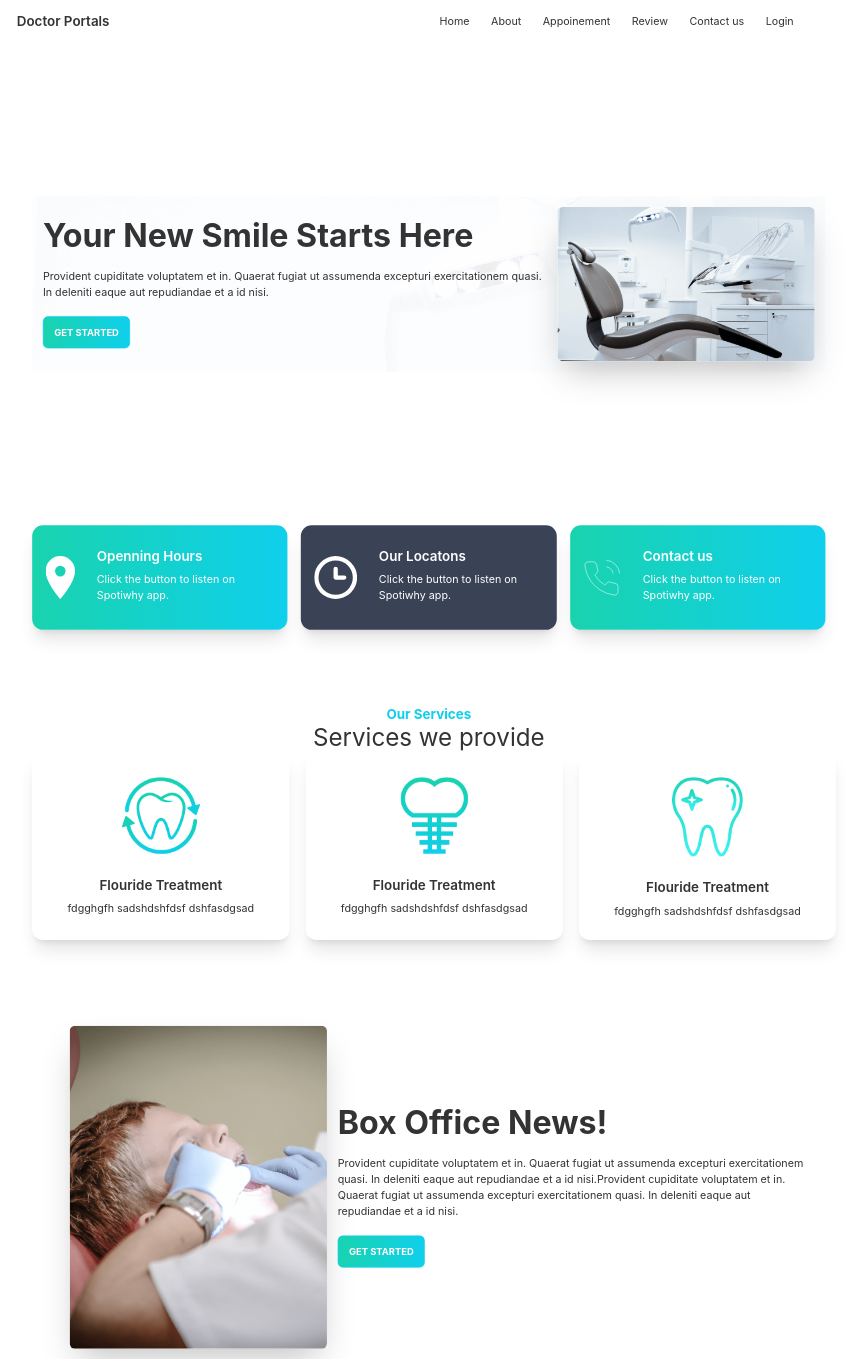
Repository: devsajid/doctors-portal-client
Page: /
An editor plug-in stored every save of this project. The page is shown before and after the next save, followed by the edit.
The browser window is 1280 px wide. The pictures show the whole page, at 67% of full size.
Backgrounds fixed to the window are drawn as part of the page. The project was rebuilt for these pictures with package versions that can differ from the ones it lists, and the page was loaded fresh each time. Also part of the build but not shown: src/App.css, src/Pages/About/About.js, src/Pages/Appoinment/Appoinment.js, src/Pages/Contact/Contact.js, src/Pages/Login/Login.js, src/Pages/Review/Review.js.

Above is the page before, as saved 2022-08-05 22:47:43.

### src/index.js
import React from "react";
import ReactDOM from "react-dom/client";
import "./index.css";
import App from "./App";
import reportWebVitals from "./reportWebVitals";
import { BrowserRouter } from "react-router-dom";
const root = ReactDOM.createRoot(document.getElementById("root"));
root.render(
  <React.StrictMode>
    <BrowserRouter>
      <App />
    </BrowserRouter>
  </React.StrictMode>
);

reportWebVitals();

### src/App.js
import "./App.css";
import Navbar from "./Pages/Home/Share/Navbar/Navbar";
import { Routes, Route } from "react-router-dom";
import Home from "./Pages/Home/Home";
import About from "./Pages/About/About";
import Appoinement from "./Pages/Appoinment/Appoinment";
import Contact from "./Pages/Contact/Contact";
import Login from "./Pages/Login/Login";
import Review from "./Pages/Review/Review";
function App() {
  return (
    <div>
      <Navbar></Navbar>
      <Routes>
        <Route path="/" element={<Home />} />
        <Route path="about" element={<About />} />
        <Route path="appoinement" element={<Appoinement />} />
        <Route path="contact" element={<Contact />} />
        <Route path="login" element={<Login />} />
        <Route path="review" element={<Review />} />
      </Routes>
    </div>
  );
}

export default App;

### src/Pages/Home/Share/Navbar/Navbar.js
import React from "react";
import { Link } from "react-router-dom";

const Navbar = () => {
  const menuItem = (
    <>
      {" "}
      <li>
        <Link to="/">Home</Link>
      </li>
      <li>
        <Link to="about">About</Link>
      </li>
      <li>
        <Link to="appoinement">Appoinement</Link>
      </li>
      <li>
        <Link to="review">Review</Link>
      </li>
      <li>
        <Link to="contact">Contact us</Link>
      </li>
      <li>
        <Link to="login">Login</Link>
      </li>
    </>
  );
  return (
    <div>
      <div class="navbar   bg-base-100">
        <div class="navbar-start">
          <div class="dropdown">
            <label tabindex="0" class="btn btn-ghost lg:hidden">
              <svg
                xmlns="http://www.w3.org/2000/svg"
                class="h-5 w-5"
                fill="none"
                viewBox="0 0 24 24"
                stroke="currentColor"
              >
                <path
                  stroke-linecap="round"
                  stroke-linejoin="round"
                  stroke-width="2"
                  d="M4 6h16M4 12h8m-8 6h16"
                />
              </svg>
            </label>
            <ul
              tabindex="0"
              class="menu menu-compact dropdown-content mt-3 p-2 shadow bg-base-100 rounded-box w-52"
            >
              {menuItem}
            </ul>
          </div>
          <a class="btn btn-ghost normal-case text-xl">Doctor Portals</a>
        </div>
        <div class="navbar-center hidden lg:flex">
          <ul class="menu menu-horizontal p-0">{menuItem}</ul>
        </div>
      </div>
    </div>
  );
};

export default Navbar;

### src/Pages/Home/Home.js
import React from "react";
import Services from "../Services/Services";
import Terms from "../Terms/Terms";
import Banner from "./Banner/Banner";
import Info from "./Info/Info";

const Home = () => {
  return (
    <div className="px-12">
      <Banner></Banner>
      <Info></Info>
      <Services></Services>
      <Terms></Terms>
    </div>
  );
};

export default Home;

### src/Pages/Services/Services.js
import React from "react";
import fluoride from "../../assets/images/fluoride.png";
import cavity from "../../assets/images/cavity.png";
import whitening from "../../assets/images/whitening.png";
import Service from "./Service";
const Services = () => {
  const services = [
    {
      _id: 1,
      name: "Flouride Treatment",
      description: "fdgghgfh sadshdshfdsf dshfasdgsad",
      img: fluoride,
    },
    {
      _id: 2,
      name: "Flouride Treatment",
      description: "fdgghgfh sadshdshfdsf dshfasdgsad",
      img: cavity,
    },
    {
      _id: 3,
      name: "Flouride Treatment",
      description: "fdgghgfh sadshdshfdsf dshfasdgsad",
      img: whitening,
    },
  ];
  return (
    <div className="my-28">
      <div className="text-center">
        <h3 className="text-primary text-xl font-bold upparecase">
          Our Services
        </h3>
        <h1 className="text-4xl">Services we provide</h1>
      </div>
      <div className="grid sm:grid-cols-1 md:grid-cols-2 lg:grid-cols-3 gap-10">
        {" "}
        {services.map((service) => (
          <Service key={service._id} service={service}></Service>
        ))}
      </div>
    </div>
  );
};

export default Services;

### src/Pages/Terms/Terms.js
import React from "react";
import treatment from "../../assets/images/treatment.png";
import PrimaryButton from "../Home/Share/Navbar/PrimaryButton/PrimaryButton";
const Terms = () => {
  return (
    <div class="hero">
      <div class="hero-content pl-30 flex-col lg:flex-row ml-10">
        <img
          src={treatment}
          class="max-w-sm rounded-lg shadow-2xl"
          alt="treatmaent"
        />
        <div>
          <h1 class="text-5xl font-bold">Box Office News!</h1>
          <p class="py-6">
            Provident cupiditate voluptatem et in. Quaerat fugiat ut assumenda
            excepturi exercitationem quasi. In deleniti eaque aut repudiandae et
            a id nisi.Provident cupiditate voluptatem et in. Quaerat fugiat ut
            assumenda excepturi exercitationem quasi. In deleniti eaque aut
            repudiandae et a id nisi.
          </p>
          <PrimaryButton></PrimaryButton>
        </div>
      </div>
    </div>
  );
};

export default Terms;

### src/Pages/Home/Banner/Banner.js
import React from "react";
import chair from "../../../assets/images/chair.png";
import bg from "../../../assets/images/bg.png";
import PrimaryButton from "../Share/Navbar/PrimaryButton/PrimaryButton";
const Banner = () => {
  return (
    <div>
      <div class="hero min-h-screen ">
        <div
          class="hero-content bg-fixed flex-col lg:flex-row-reverse"
          style={{ backgroundImage: `url(${bg})` }}
        >
          <img src={chair} class="max-w-sm rounded-lg shadow-2xl" />
          <div>
            <h1 class="text-5xl font-bold">Your New Smile Starts Here</h1>
            <p class="py-6">
              Provident cupiditate voluptatem et in. Quaerat fugiat ut assumenda
              excepturi exercitationem quasi. In deleniti eaque aut repudiandae
              et a id nisi.
            </p>
            <PrimaryButton></PrimaryButton>
          </div>
        </div>
      </div>
    </div>
  );
};

export default Banner;

### src/Pages/Home/Info/Info.js
import React from "react";
import InfoCard from "../Info/InfoCard";
import clock from "../../../assets/icons/clock.svg";
import marker from "../../../assets/icons/marker.svg";
import phone from "../../../assets/icons/phone.svg";
const Info = () => {
  return (
    <div className="grid grid-cols-1 lg:grid-cols-3 gap-5 ">
      <InfoCard
        cardTitle="Openning Hours"
        bgClass="bg-gradient-to-r from-secondary to-primary"
        img={marker}
      ></InfoCard>
      <InfoCard
        cardTitle="Our Locatons"
        bgClass="bg-accent"
        img={clock}
      ></InfoCard>
      <InfoCard
        cardTitle="Contact us"
        bgClass="bg-gradient-to-r from-secondary to-primary"
        img={phone}
      ></InfoCard>
    </div>
  );
};

export default Info;

### src/Pages/Services/Service.js
import React from "react";

const Service = ({ service }) => {
  return (
    <div class="card lg:max-w-lg w-96 bg-base-100 shadow-xl">
      <figure class="px-10 pt-10">
        <img src={service.img} alt="Shoes" class="rounded-xl" />
      </figure>
      <div class="card-body items-center text-center">
        <h2 class="card-title">{service.name}</h2>
        <p>{service.description}</p>
      </div>
    </div>
  );
};

export default Service;

### src/Pages/Home/Share/Navbar/PrimaryButton/PrimaryButton.js
import React from "react";

const PrimaryButton = () => {
  return (
    <div>
      <button class="btn btn-primary uppercase text-white font-bold bg-gradient-to-r from-secondary to-primary">
        Get Started
      </button>{" "}
    </div>
  );
};

export default PrimaryButton;

### src/Pages/Home/Info/InfoCard.js
import React from "react";

const InfoCard = ({ img, cardTitle, bgClass }) => {
  return (
    <div class={`card lg:card-side shadow-xl ${bgClass}`}>
      <figure className="pl-5">
        <img src={img} alt="Album" />
      </figure>
      <div class="card-body text-white">
        <h2 class="card-title">{cardTitle}</h2>
        <p>Click the button to listen on Spotiwhy app.</p>
        <div class="card-actions justify-end"></div>
      </div>
    </div>
  );
};

export default InfoCard;

### tailwind.config.js
/** @type {import('tailwindcss').Config} */
module.exports = {
  content: ["./src/**/*.{html,js}"],
  theme: {
    extend: {},
  },
  daisyui: {
    themes: [
      {
        doctortheme: {
          primary: "#0fcfec",
          secondary: "#19D3AE",
          accent: "#3A4256",
          neutral: "#3d4451",
          "base-100": "#ffffff",
        },
      },
      "dark",
      "cupcake",
    ],
  },
  plugins: [require("daisyui")],
};

Loaded but not shown: public/index.html (common file); src/index.css (common file); src/reportWebVitals.js (common file)

After the next save:
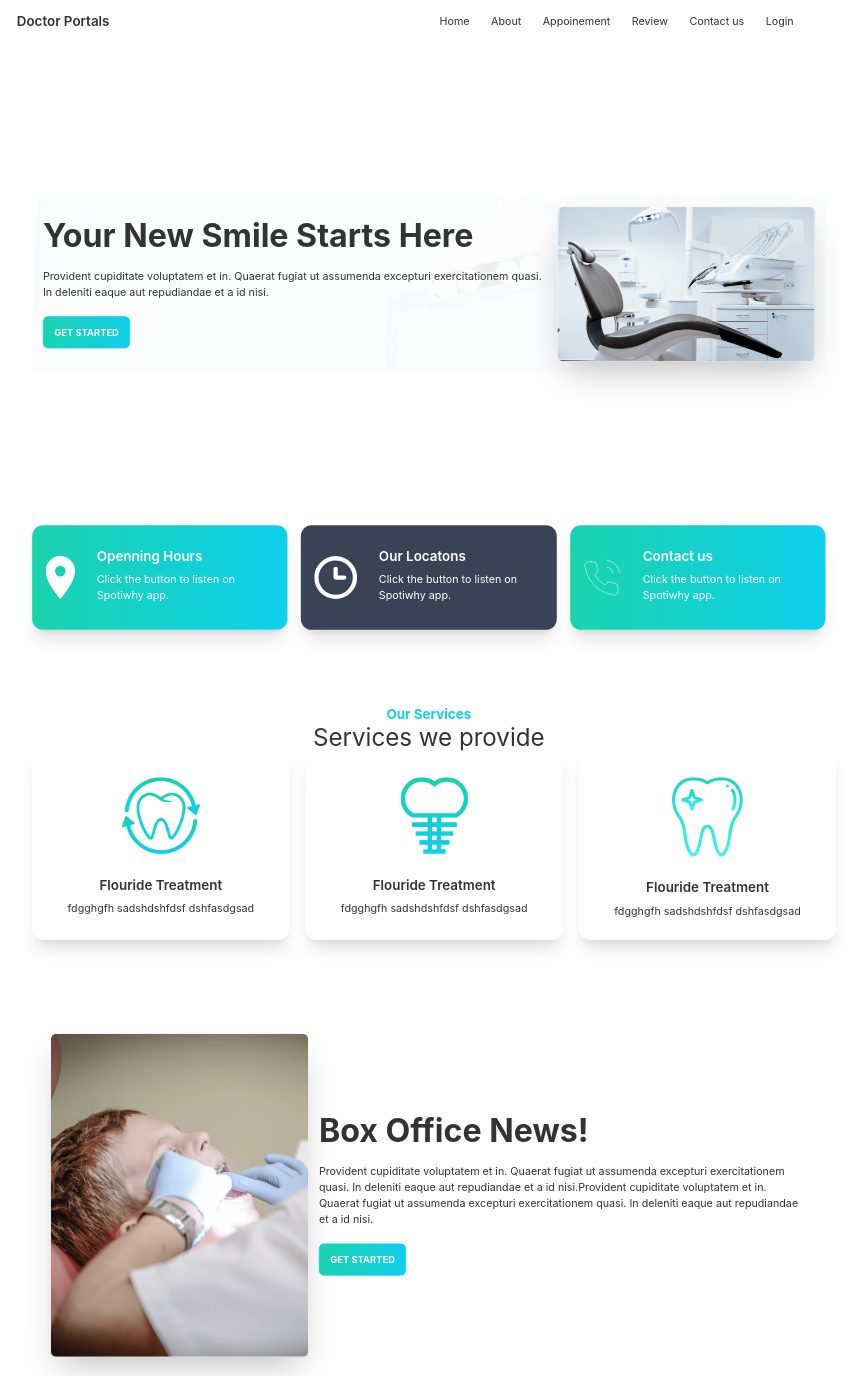
Saved 25 s later.
--- a/src/Pages/Terms/Terms.js
+++ b/src/Pages/Terms/Terms.js
@@ -4,7 +4,7 @@ import PrimaryButton from "../Home/Share/Navbar/PrimaryButton/PrimaryButton";
 const Terms = () => {
   return (
     <div class="hero">
-      <div class="hero-content pl-30 flex-col lg:flex-row ml-10">
+      <div class="hero-content pl-30 flex-col lg:flex-row m-3">
         <img
           src={treatment}
           class="max-w-sm rounded-lg shadow-2xl"
